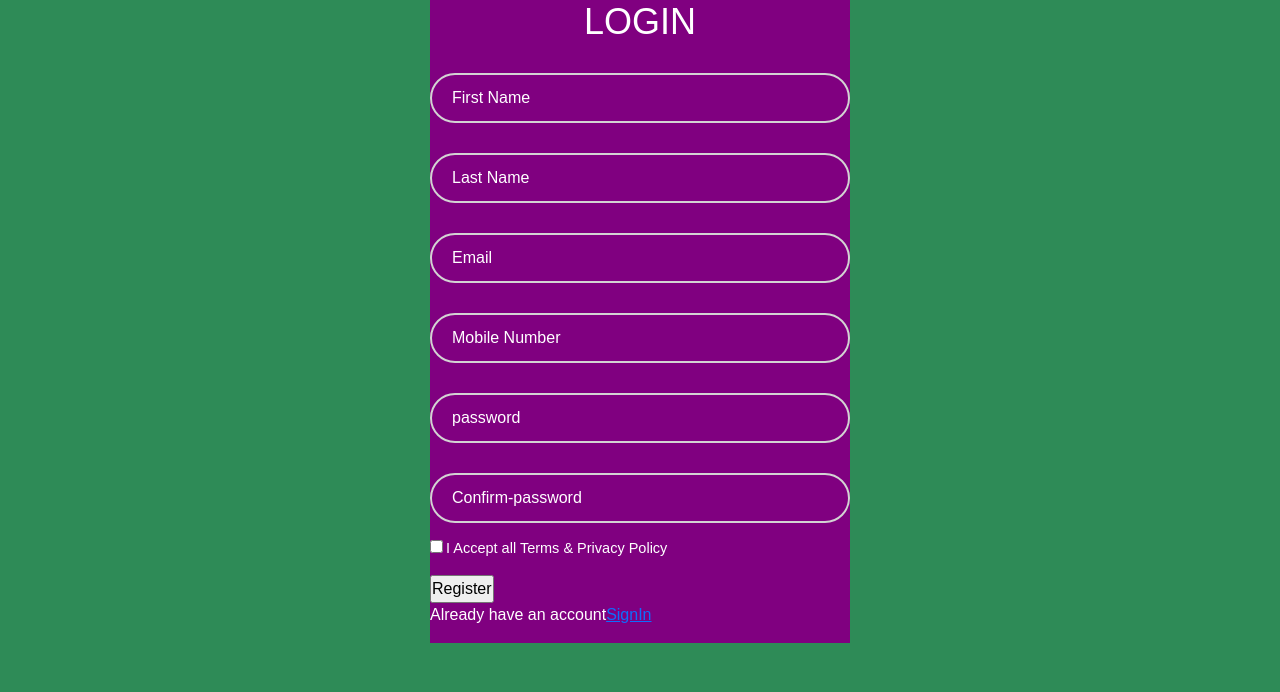
Repository: 05Mohammedismail/xworkz--Advance-Java
Page: Sep11_RegisterationForm/src/main/webapp/Register.html
The author's editor kept a copy of each file at every save. The page is drawn from the files as they stood at one save, then again after the next save.
The browser window is 1280 px wide. The pictures show the whole page.

Above is the page before, as saved 2023-09-12 02:30:51.

### Sep11_RegisterationForm/src/main/webapp/Register.html
<!doctype html>
<html lang="en">
  <head>
    <meta charset="utf-8">
    <meta name="viewport" content="width=device-width, initial-scale=1">
    <title>Registration Form</title>
    <link href="https://cdn.jsdelivr.net/npm/bootstrap@5.3.1/dist/css/bootstrap.min.css" rel="stylesheet" integrity="sha384-4bw+/aepP/YC94hEpVNVgiZdgIC5+VKNBQNGCHeKRQN+PtmoHDEXuppvnDJzQIu9" crossorigin="anonymous">
</head>
<style>
 * {
margin: 0;
padding: 0;
box-sizing: border-box;
font-family: "poppins", sans-serif;
}

body {
display: flex;
justify-content: center;
align-items: center;
min-height: 100hv;
background: seagreen;

}

.wrapper{
width: 420px;
background: purple;
color: white;

}

.wrapper h1{
font-size: 36px;
text-align: center;
}

.wrapper .input-box{
width: 100%;
height: 50px;
margin: 30px 0;
}

.input-box input{
width: 100%;
height: 100%;
background: transparent;
border: none;
outline: none;
border: 2px solid lightgray;
border-radius: 40px;
color: white;
font-size: 16px;
padding: 20px 45px 20px 20px;

}



.input-box input::placeholder{
color: white;
}

.wrapper .remember-me{
display: flex;
justify-content: space-between;
font-size: 14.5px;
margin: -15px 0 15px;
}

.remember-me label input{
 color: white;
 margin-right:3px;
}

.remember-me a{
color: white;
text-decoration: none;
}

.remember-me a:hover{
text-decoration: underline;
}

.remember-me

</style>
<body>

<div class="wrapper">
 <form action="">
 	<h1>LOGIN</h1>

 	<div class = "input-box">
 	<input type="text" placeholder="First Name" required="required">
 	</div>

 	<div class = "input-box">
 	<input type="text" placeholder="Last Name" required="required">
 	</div>

 	<div class = "input-box">
 	<input type="email" placeholder="Email" required="required">
 	</div>

 	<div class = "input-box">
 	<input type="number" placeholder="Mobile Number" required="required">
 	</div>

 	<div class = "input-box">
 	<input type="password" placeholder="password" required="required">
 	</div>

 	<div class = "input-box">
 	<input type="password" placeholder="Confirm-password" required="required">
 	</div>

 	<div class="remember-me">
 	<label> <input type="checkbox">I Accept all <a href="#">Terms</a> & <a href="#">Privacy Policy</a> </label>
 	</div>

 	<input type="submit" value="Register">


 	<div class="already-have">
 	<p> Already have an account<a href="#">SignIn</a> </p>
 	</div>



 </form>
</div>


<script src="https://cdn.jsdelivr.net/npm/bootstrap@5.3.1/dist/js/bootstrap.bundle.min.js" integrity="sha384-HwwvtgBNo3bZJJLYd8oVXjrBZt8cqVSpeBNS5n7C8IVInixGAoxmnlMuBnhbgrkm" crossorigin="anonymous"></script>
</body>
</html>

After the next save:
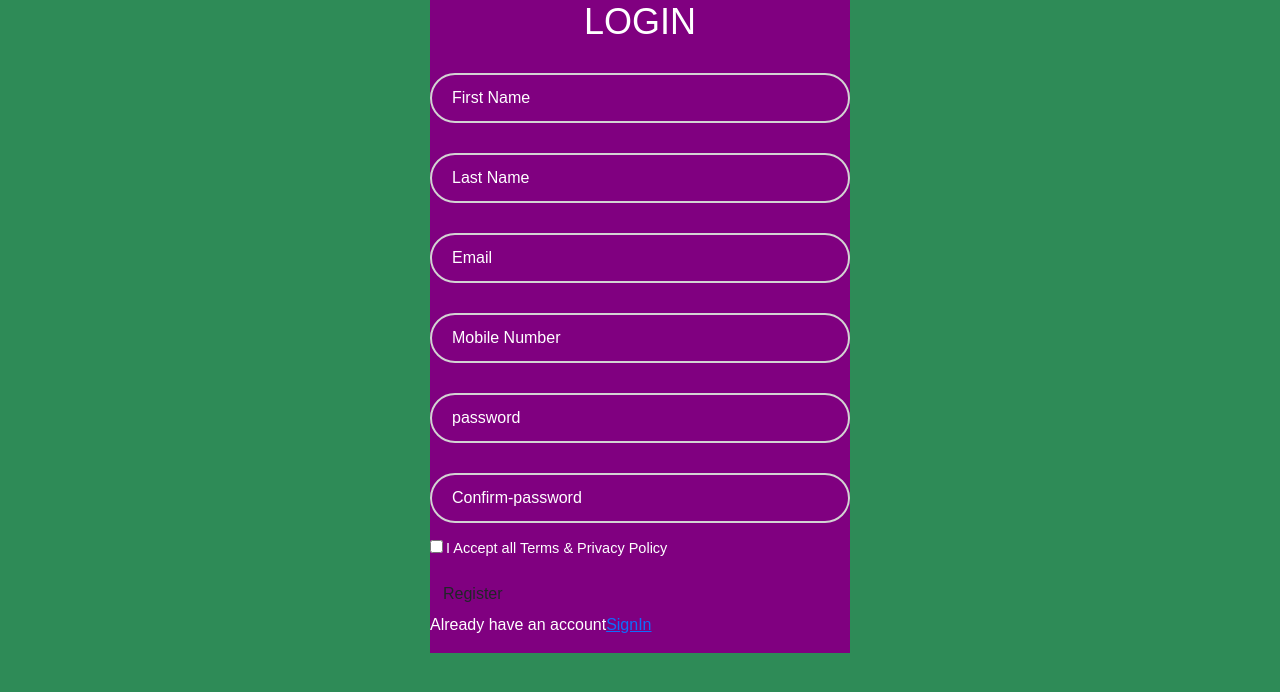
Saved 50 s later.
--- a/Sep11_RegisterationForm/src/main/webapp/Register.html
+++ b/Sep11_RegisterationForm/src/main/webapp/Register.html
@@ -119,7 +119,7 @@ text-decoration: underline;
  	<label> <input type="checkbox">I Accept all <a href="#">Terms</a> & <a href="#">Privacy Policy</a> </label>
  	</div>
 
- 	<input type="submit" value="Register">
+ 	<input type="submit" class="btn" value="Register">
 
 
  	<div class="already-have">
